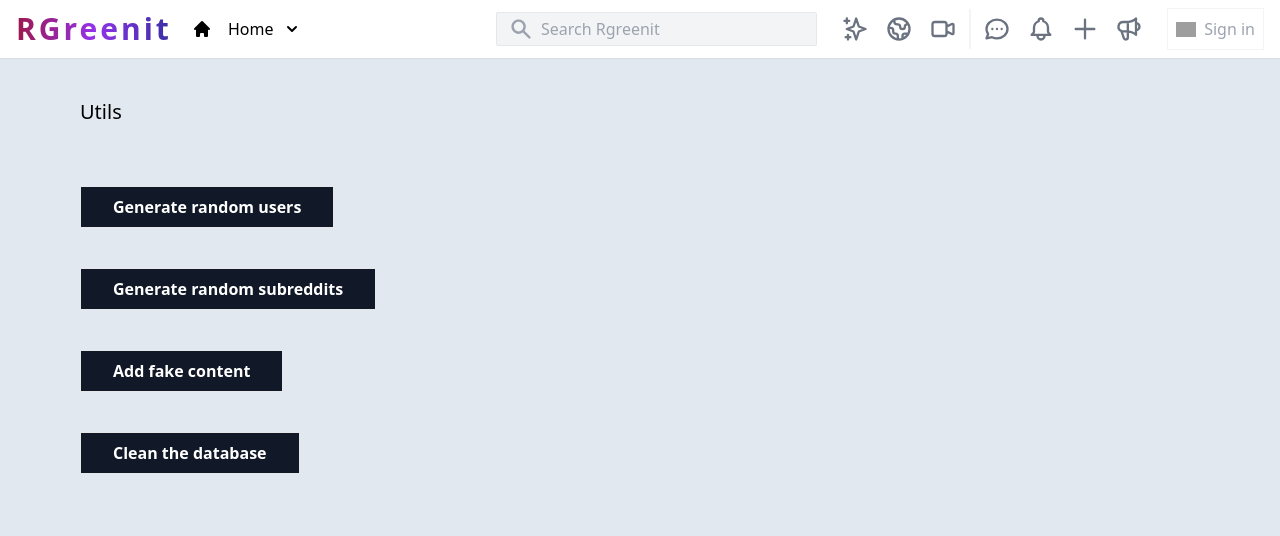
Repository: ITDevSolution/RGreen-it
Page: /utils
An editor plug-in stored every save of this project. The page is shown before and after the next save, followed by the edit.
The browser window is 1280 px wide. The pictures show the whole page.
Pictures or frames that could not be fetched are drawn as grey boxes. The page's requests for data from a server got no answer. The project was rebuilt for these pictures with package versions that can differ from the ones it lists, and the page was loaded fresh each time. The framework's server and built-in components were replaced by stand-ins that run in the browser. No one was signed in, and anything a server would have sent is missing. Also part of the build but not shown: next.config.js.

Above is the page before, as saved 2022-07-08 12:37:45.

### pages/_app.js
import "../styles/globals.css"
import { SessionProvider } from "next-auth/react"
import Header from "components/Header"

import { Toaster } from "react-hot-toast"

function MyApp({ Component, pageProps: { session, ...pageProps } }) {
  return (
    <SessionProvider session={session}>
      <Toaster />
      <div className="h-screen overflow-y-scroll bg-slate-200 ">
        <Header />
        <Component {...pageProps} />
      </div>
    </SessionProvider>
  )
}

export default MyApp

### pages/utils.js
import React from "react"

export default function Utils() {
  const tasks = [
    { task: "generate_users", description: "Generate random users" },
    { task: "generate_subreddits", description: "Generate random subreddits" },
    { task: "add_fake_content", description: "Add fake content" },
    { task: "clean_database", description: "Clean the database" },
  ]

  const Button = ({ task }) => (
    <div className="flex-1 mb-5">
      <button
        onClick={async () => {
          await fetch("/api/utils", {
            body: JSON.stringify({
              task: task.task,
            }),
            headers: {
              "Content-Type": "application/json",
            },
            method: "POST",
          })
        }}
        className="border px-8 py-2 mt-5 mr-8 font-bold rouned-full bg-gray-900 text-white"
      >
        {task.description}
      </button>
    </div>
  )
  return (
    <div className="mt-10  ml-20">
      <h2 className="mb-10 text-xl">Utils</h2>
      {tasks.map((task, index) => (
        <Button key={index} task={task} />
      ))}
    </div>
  )
}

### styles/globals.css
@tailwind base;
@tailwind components;
@tailwind utilities;

@layer components {
    .icon{
        @apply h-9 w-6 lg:w-9 cursor-pointer rounded-sm lg:p-1 lg:hover:bg-gray-100
    }

    .voteButtons {
        @apply h-6 w-6 hover:bg-gray-200 p-1 rounded-md
    }

    .postButtons {
        @apply flex items-center space-x-1 text-sm font-light p-2 hover:bg-gray-100 cursor-pointer rounded-sm
    }
}

### components/Header.js
import Image from "next/image"
import React from "react"
import {
  ChevronDownIcon,
  HomeIcon,
  MenuIcon,
  SearchIcon,
} from "@heroicons/react/solid"
import {
  BellIcon,
  ChatIcon,
  GlobeIcon,
  PlusIcon,
  SparklesIcon,
  SpeakerphoneIcon,
  VideoCameraIcon,
} from "@heroicons/react/outline"
import { signIn, signOut, useSession } from "next-auth/react"
import Link from "next/link"

function Header() {
  const { data: session, status } = useSession()

  return (
    <div className="sticky inset-x-0 top-0 z-50 flex items-center justify-between bg-white px-4 py-2 shadow-sm  ">
      {/* logo */}
      <div className="flex grow-0 basis-1/3 h-10 w-20 flex-shrink-0 cursor-pointer mr-16 md:justify-start justify-center ">
        <Link href={`/`}>
          {/* <Image
            src={`https://res.cloudinary.com/joeloff-dev/image/upload/v1656506700/Reddit_logo_new.svg_mxmb5x.png`}
            layout="fill"
            objectFit="contain"
          /> */}
          <a className="my-auto flex w-[140px] md:ml-0">
            <span className="bg-gradient-to-r from-pink-800 via-purple-600 to-indigo-800 bg-clip-text align-middle text-3xl font-black tracking-widest text-transparent ">
              RGreenit
            </span>
          </a>
        </Link>
        {/* Home */}
        <div className="hidden mx-7 md:flex md:ml-2 gap-2 items-center md:px-7">
          <HomeIcon className="h-5 w-5" />
          <p className="ml-2 hidden flex-1 lg:inline">Home</p>
          <ChevronDownIcon className="h-5 w-5" />
        </div>
      </div>

      {/* Search box */}
      <form className="hidden md:flex md:flex-1 items-center space-x-2 rounded-sm border border-gray-200 bg-gray-100 px-3 py-1 ">
        <SearchIcon className="h-6 w-6 text-gray-400" />
        <input
          type="text"
          placeholder="Search Rgreenit"
          className="flex-1 bg-transparent outline-none"
        />
        <button type="submit" hidden></button>
      </form>
      {/* User Action icons */}
      <div className="hidden lg:inline-flex text-gray-500 space-x-2 items-center mx-5">
        <SparklesIcon className="icon" />
        <GlobeIcon className="icon" />
        <VideoCameraIcon className="icon" />
        <hr className="h-10 border border-gray-100" />
        <ChatIcon className="icon" />
        <BellIcon className="icon" />
        <PlusIcon className="icon" />
        <SpeakerphoneIcon className="icon" />
      </div>
      {/* Menu mobile */}
      <div className="flex lg:hidden pl-4">
        <MenuIcon className="icon" />
      </div>

      {/* Sign in / Sign Out button */}
      {session ? (
        <div
          onClick={() => signOut()}
          className="hidden lg:flex items-center space-x-2 border border-gray-100 p-2 cursor-pointer"
        >
          {/* wrap Image */}
          <div className="relative h-5 w-5 flex-shrink-0">
            <Image
              src={`https://res.cloudinary.com/joeloff-dev/image/upload/v1656522740/reddit-icon-robot_sell1a.png`}
              layout="fill"
              objectFit="contain"
            />
          </div>
          {/* text signin */}
          <div className="flex-1 text-xs">
            <p className="truncate">{session?.user?.name}</p>
            <p className="text-gray-400">1 Karma</p>
          </div>
          <ChevronDownIcon className="h-5 flex-shrink-0 text-gray-400" />
        </div>
      ) : (
        <div
          onClick={() => signIn()}
          className="hidden lg:flex items-center space-x-2 border border-gray-100 p-2 cursor-pointer"
        >
          {/* wrap Image */}
          <div className="relative h-5 w-5 flex-shrink-0">
            <Image
              src={`https://res.cloudinary.com/joeloff-dev/image/upload/v1656522740/reddit-icon-robot_sell1a.png`}
              layout="fill"
              objectFit="contain"
            />
          </div>
          {/* text signin */}
          <p className="text-gray-400">Sign in</p>
        </div>
      )}
    </div>
  )
}

export default Header

Loaded but not shown: tailwind.config.js (common file)

After the next save:
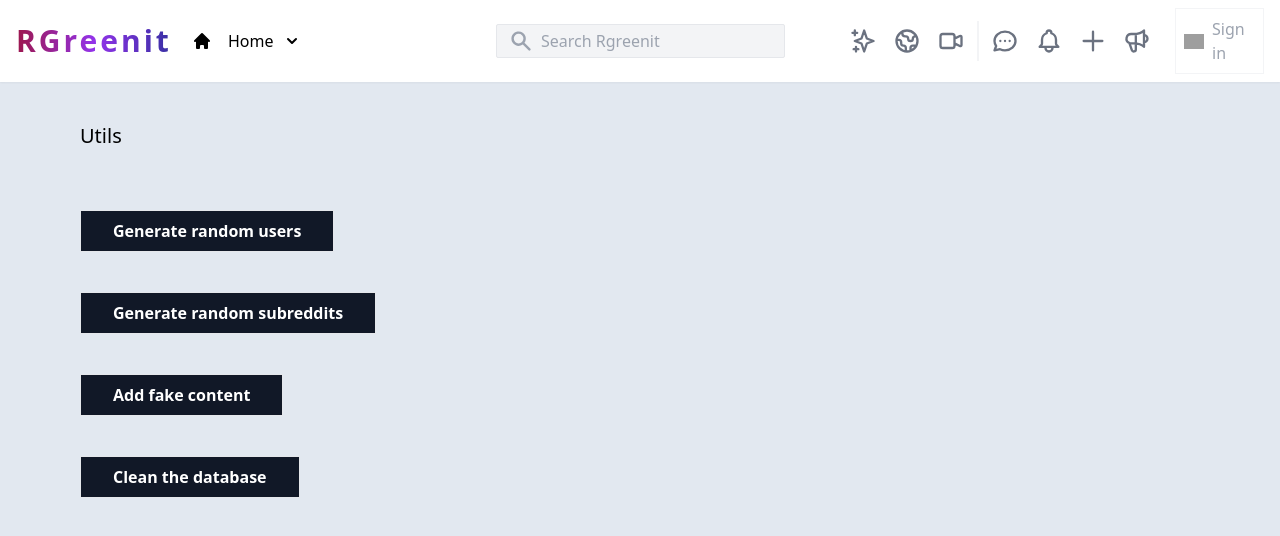
Saved 51 s later.
--- a/components/Header.js
+++ b/components/Header.js
@@ -46,7 +46,7 @@ function Header() {
       </div>
 
       {/* Search box */}
-      <form className="hidden md:flex md:flex-1 items-center space-x-2 rounded-sm border border-gray-200 bg-gray-100 px-3 py-1 ">
+      <form className="hidden md:flex md:flex-1 items-center mr-10 space-x-2 rounded-sm border border-gray-200 bg-gray-100 px-3 py-1 ">
         <SearchIcon className="h-6 w-6 text-gray-400" />
         <input
           type="text"
